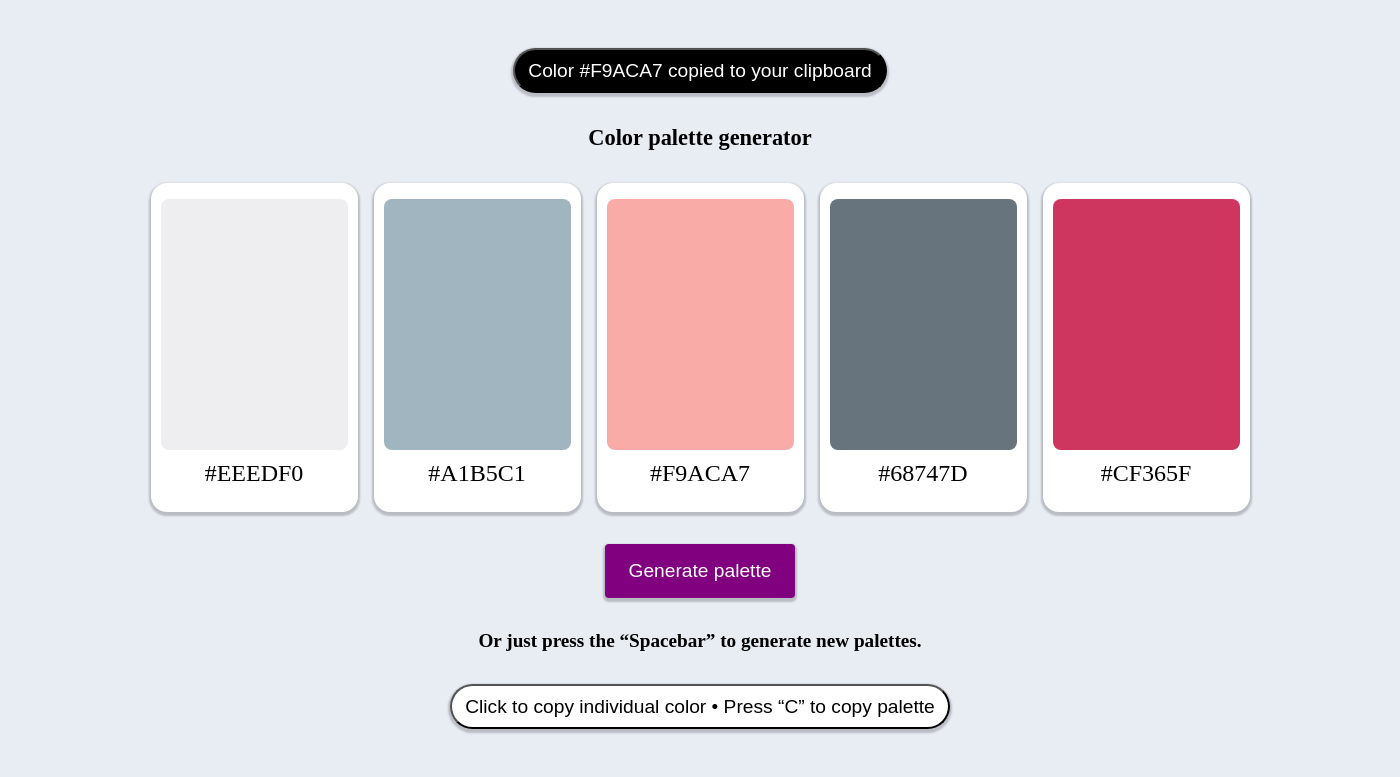
Repository: Hcmwebs/Color-Palette-Generator
Page: index.html
An editor plug-in stored every save of this project. The page is shown before and after the next save, followed by the edit.
The browser window is 1280 px wide. The page is 1400 px wide, so the pictures cover 1400 px, including what lies to the right of the window. The pictures show the whole page.

Above is the page before, as saved 2020-08-09 00:46:38.

After the next save:
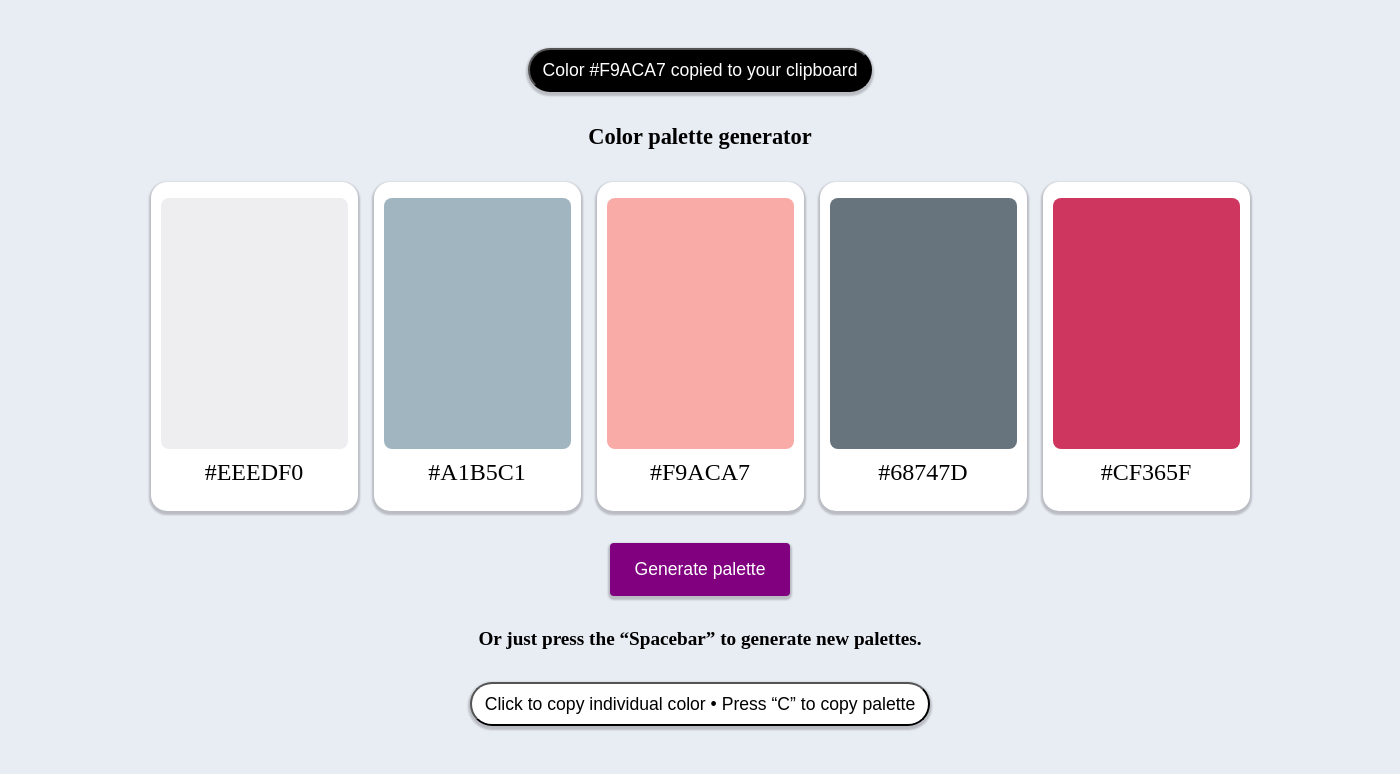
Saved 23 s later.
--- a/styles.css
+++ b/styles.css
@@ -41,7 +41,7 @@ h3 {
 
 .btn {
   cursor: pointer;
-  font-size: 1.2rem;
+  font-size: 1.1rem;
   margin: auto;
   padding: 0.6rem 0.8rem;
   border-radius: 2.5rem;
